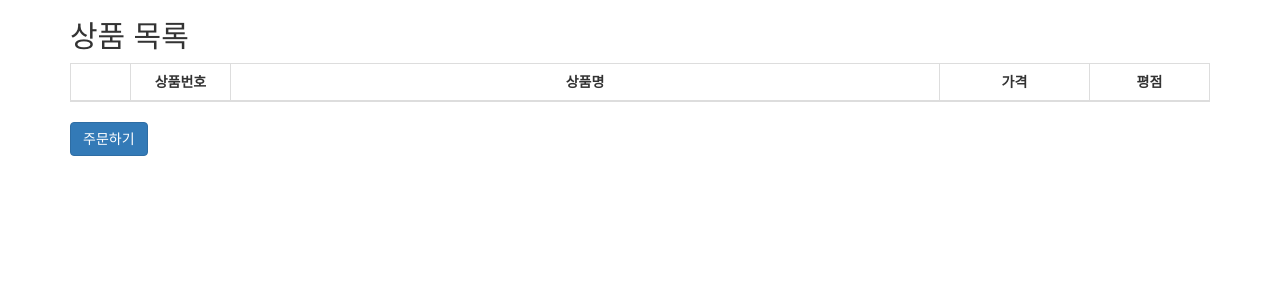
Repository: brotherdoor/shiba
Page: http://localhost/NBookShop_templete/productList.do
These files come from the project's save history. The page is drawn as it stood at one moment and after the next save; the edit follows.
The browser window is 1280 px wide. The pictures show the whole page.
The page is served by Tomcat 9. Other server files are loaded and not shown. Queries for data that is not in the repository find no rows.

Above is the page before, as saved 2017-02-24 02:49:08.

### jsp/NBookShop_templete/WebContent/productList.jsp
<%@ page language="java" contentType="text/html; charset=UTF-8"
    pageEncoding="UTF-8"%>
<%@ taglib prefix="c" uri="http://java.sun.com/jsp/jstl/core" %>
<!DOCTYPE html>
<html lang="ko">
<head>
    <meta charset="euc-kr">
    <title>상품목록</title>
    <link rel="stylesheet" href="https://maxcdn.bootstrapcdn.com/bootstrap/3.3.2/css/bootstrap.min.css">
    <link href="css/namoosori.css" rel="stylesheet">
</head>
<body>
<div class="container">
    <article>
        <h2>상품 목록</h2>
        <form action="order.do" method="post">
        <table class="table table-bordered">
            <colgroup>
                <col width="60"/>
                <col width="100"/>
                <col width="*"/>
                <col width="150"/>
                <col width="120"/>
            </colgroup>
            <thead>
                <tr>
                    <th class="text-center"></th>
                    <th class="text-center">상품번호</th>
                    <th class="text-center">상품명</th>
                    <th class="text-center">가격</th>
                    <th class="text-center">평점</th>
                </tr>
            </thead>
            <tbody>
            <c:choose>
            <c:when test="${products eq null || empty products }">
            <tr>    </tr>
            </c:when>
            <c:otherwise>
            	<c:forEach items="${products }" var="product" varStatus="status">
            		<tr>
                	    <td class="text-center"><label><input type="checkbox" name="buyItems" value="${product.serialNo }"/></label></td>
                	    <td class="text-center">${status.count }</td>
                 	    <td>${product.name }</td>
                 	    <td class="text-right">${product.money }원</td>
                 	    <td><p><span class="starRating"><span style="width:${product.star }%">${product.like }점</span></span></p></td>
               		</tr>
            	</c:forEach>
            </c:otherwise>
            </c:choose>
            </tbody>
        </table>
        <div class="btn-wrap">
            <button class="btn btn-primary" type="submit">주문하기</button>
        </div>
    </article>
    </form>
</div>
</body>
</html>

### jsp/NBookShop_templete/src/shop/controller/ProductListController.java
package shop.controller;

import java.io.IOException;
import java.util.List;

import javax.servlet.ServletException;
import javax.servlet.annotation.WebServlet;
import javax.servlet.http.HttpServlet;
import javax.servlet.http.HttpServletRequest;
import javax.servlet.http.HttpServletResponse;

import shop.domain.Product;
import shop.service.facade.ProductService;
import shop.service.logic.ProductServiceLogic;

@WebServlet("/productList.do")
public class ProductListController extends HttpServlet {
	private static final long serialVersionUID = 1L;

	protected void doGet(HttpServletRequest request, HttpServletResponse response)
			throws ServletException, IOException {
		ProductService service = new ProductServiceLogic();
		List<Product> list = service.getAllProducts();
		request.setAttribute("products", list);
		request.getRequestDispatcher("productList.jsp").forward(request, response);
	}
}

### jsp/NBookShop_templete/src/shop/service/logic/ProductServiceLogic.java
package shop.service.logic;

import java.util.List;

import shop.domain.Product;
import shop.service.facade.ProductService;
import shop.store.facade.ProductStore;
import shop.store.logic.ProductStoreLogic;

public class ProductServiceLogic implements ProductService{

	private ProductStore store;

	public ProductServiceLogic() {
		store = new ProductStoreLogic();
	}

	@Override
	public List<Product> getAllProducts() {
		return store.findAll();
	}

	@Override
	public List<Product> getBuyProducts(String[] serials) {
		return null;
	}

	@Override
	public Product getProduct(String serial) {
		return null;
	}

}

### jsp/NBookShop_templete/src/shop/store/facade/ProductStore.java
package shop.store.facade;

import java.util.List;

import shop.domain.Product;

/**
 * ProductStore
 *
 * @since 2016. 9. 28.
 * @author 진권기 (kwonkijin@nextree.co.kr)
 */

public interface ProductStore {

	List<Product> findAll();

	Product findByNo(int serial);


}

### jsp/NBookShop_templete/src/shop/store/logic/ProductStoreLogic.java
package shop.store.logic;

import java.sql.Connection;
import java.sql.ResultSet;
import java.sql.SQLException;
import java.sql.Statement;
import java.util.ArrayList;
import java.util.List;

import shop.domain.Product;
import shop.store.facade.ProductStore;
import shop.store.utils.ConnectionFactory;
import shop.store.utils.JdbcUtils;

public class ProductStoreLogic implements ProductStore{

	private ConnectionFactory factory;

	public ProductStoreLogic() {
		factory = ConnectionFactory.getInstance();
	}

	@Override
	public List<Product> findAll() {
		Connection conn = null;
		Statement stmt = null;
		ResultSet rs = null;
		List<Product> list = new ArrayList<>();
		try {
			conn = factory.createConnetion();
			stmt = conn.createStatement();
			rs = stmt.executeQuery("select serialNo, name, price, userLike from product_tb");
			while(rs.next()){
				Product product = new Product();
				product.setSerialNo(rs.getInt(1));
				product.setName(rs.getString(2));
				product.setPrice(rs.getInt(3));
				product.setLike(rs.getInt(4));
				list.add(product);
			}
		} catch (SQLException e) {
			e.printStackTrace();
		} finally{
			JdbcUtils.close(conn, stmt, rs);
		}
		return list;
	}

	@Override
	public Product findByNo(int serial) {
		return null;
	}

}

### jsp/NBookShop_templete/src/shop/store/utils/ConnectionFactory.java
package shop.store.utils;


import java.sql.Connection;
import java.sql.DriverManager;
import java.sql.SQLException;

public class ConnectionFactory {
	private static ConnectionFactory instance;

	private static final String DRIVER_NAME = "oracle.jdbc.driver.OracleDriver";
	private static final String URL = "jdbc:oracle:thin:@localhost:1521:xe";
	private static final String USER_NAME = "scott";
	private static final String PASSWORD = "tiger";

	public ConnectionFactory() {
		try {
			Class.forName(DRIVER_NAME);
		} catch (ClassNotFoundException e) {
			e.printStackTrace();
		}
	}

	public static ConnectionFactory getInstance(){
		if(instance == null){
			instance = new ConnectionFactory();
		}
		return instance;
	}

	public Connection createConnetion() throws SQLException{
		return DriverManager.getConnection(URL, USER_NAME, PASSWORD);
	}

}

### jsp/NBookShop_templete/src/shop/store/utils/JdbcUtils.java
package shop.store.utils;

public class JdbcUtils {
	public static void close(AutoCloseable...autoCloseables){
		for(AutoCloseable auto : autoCloseables){
			if(auto == null){
				continue;
			}
			try {
				auto.close();
			} catch (Exception e) {
				e.printStackTrace();
			}
		}
	}
}

### jsp/NBookShop_templete/WebContent/css/namoosori.css
body {
    padding:30px 0;
    border-top:5px solid #428bca;
}
article {
    padding:10px 0;
}
.container {
    width:900px;
    margin:30px auto;
}
.container h2 {
    font-size: 24px;
}
.desc > p {
    padding:15px;
}
.btn-wrap {
    text-align: right;
}
.total-amount {
    font-size:18px;
    text-align: right;
    font-weight: bold;
    border-bottom: 1px dashed #ccc;
    padding-bottom:15px;
}
.jumbotron {
    margin:0 200px;
    background-color: #d9edf7;
}

/* Star Rating */
.starRating,
.starRating span{
    display:inline-block;
    height:14px;
    background:transparent url(../img/icoFiveStar.gif) no-repeat;
    overflow:hidden;
}
.starRating{
    width:79px;
    vertical-align:middle;
}
.starRating span{
    font-size:0;
    line-height:0;
    vertical-align:top;
    text-indent:-100px;
    *text-indent:0;
    background-position:0 -14px;
}

After the next save:
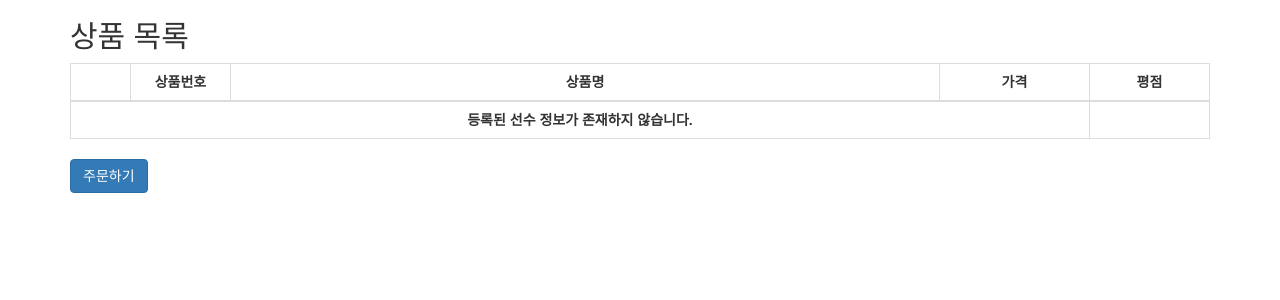
Saved 2 min 8 s later.
--- a/jsp/NBookShop_templete/WebContent/productList.jsp
+++ b/jsp/NBookShop_templete/WebContent/productList.jsp
@@ -34,7 +34,7 @@
             <tbody>
             <c:choose>
             <c:when test="${products eq null || empty products }">
-            <tr>    </tr>
+            <tr><th colspan="4" class="text-center">등록된 선수 정보가 존재하지 않습니다.</th></tr>
             </c:when>
             <c:otherwise>
             	<c:forEach items="${products }" var="product" varStatus="status">
